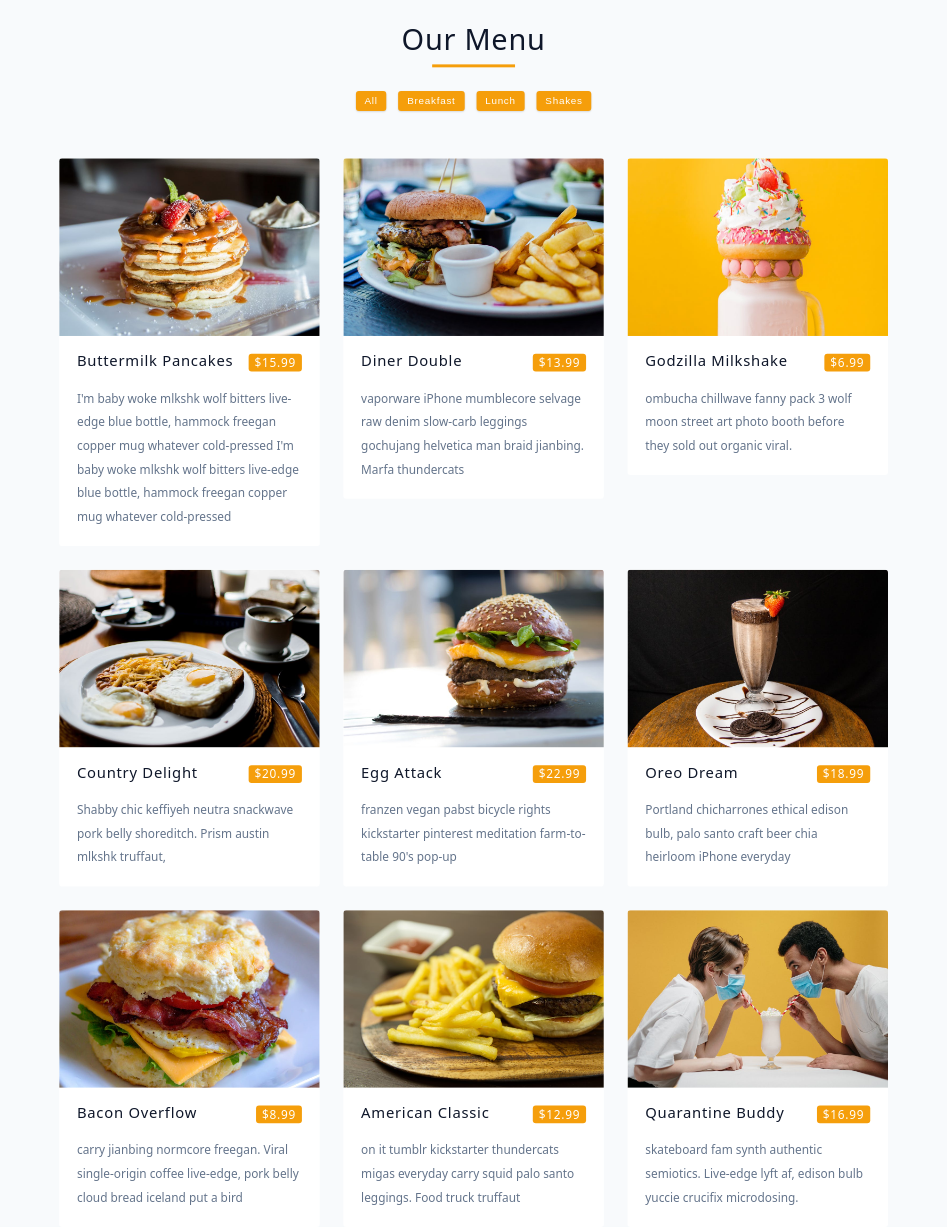
Repository: Maryie-B/React-Practice-Projects
Page: / (app in Restaurant Menu/)
These files come from the project's save history. The page is drawn as it stood at one moment and after the next save; the edit follows.
The browser window is 1280 px wide. The pictures show the whole page, at 74% of full size.
The project was rebuilt for these pictures with package versions that can differ from the ones it lists, and the page was loaded fresh each time. Also part of the build but not shown: Restaurant Menu/vite.config.js.

Above is the page before, as saved 2023-06-08 11:02:23.

### Restaurant Menu/src/App.jsx
import { useState } from "react";
import Title from "./Title";
import menu from './data';
import Menu from "./Menu";
import Categories from "./Categories";

const allCategories = ['all', ... new Set(menu.map((item) => item.category))];

const App = () => {
  const [menuItems, setMenuItems] = useState(menu);
  const [categories, setCategories] = useState(allCategories);
  const filerItems = (category) => {
    console.log(category);
  };

  return <main>
    <section>
      <Title text='our menu'/>
      <Categories categories={categories} />
      <Menu items={menuItems} />
    </section>
  </main>;
};
export default App;

### Restaurant Menu/src/index.css
/* ============= GLOBAL CSS =============== */

*,
::after,
::before {
  margin: 0;
  padding: 0;
  box-sizing: border-box;
}

html {
  font-size: 100%;
} /*16px*/

:root {
  /* colors */
  --primary-100: #fef3c7;
  --primary-200: #fde68a;
  --primary-300: #fcd34d;
  --primary-400: #fbbf24;
  --primary-500: #f59e0b;
  --primary-600: #d97706;
  --primary-700: #b45309;
  --primary-800: #92400e;
  --primary-900: #78350f;

  /* grey */
  --grey-50: #f8fafc;
  --grey-100: #f1f5f9;
  --grey-200: #e2e8f0;
  --grey-300: #cbd5e1;
  --grey-400: #94a3b8;
  --grey-500: #64748b;
  --grey-600: #475569;
  --grey-700: #334155;
  --grey-800: #1e293b;
  --grey-900: #0f172a;
  /* rest of the colors */
  --black: #222;
  --white: #fff;
  --red-light: #f8d7da;
  --red-dark: #842029;
  --green-light: #d1e7dd;
  --green-dark: #0f5132;

  --small-text: 0.875rem;
  --extra-small-text: 0.7em;
  /* rest of the vars */
  --backgroundColor: var(--grey-50);
  --textColor: var(--grey-900);
  --borderRadius: 0.25rem;
  --letterSpacing: 1px;
  --transition: 0.3s ease-in-out all;
  --max-width: 1120px;
  --fixed-width: 600px;

  /* box shadow*/
  --shadow-1: 0 1px 3px 0 rgba(0, 0, 0, 0.1), 0 1px 2px 0 rgba(0, 0, 0, 0.06);
  --shadow-2: 0 4px 6px -1px rgba(0, 0, 0, 0.1),
    0 2px 4px -1px rgba(0, 0, 0, 0.06);
  --shadow-3: 0 10px 15px -3px rgba(0, 0, 0, 0.1),
    0 4px 6px -2px rgba(0, 0, 0, 0.05);
  --shadow-4: 0 20px 25px -5px rgba(0, 0, 0, 0.1),
    0 10px 10px -5px rgba(0, 0, 0, 0.04);
}

body {
  background: var(--backgroundColor);
  font-family: system-ui, -apple-system, BlinkMacSystemFont, 'Segoe UI', Roboto,
    Oxygen, Ubuntu, Cantarell, 'Open Sans', 'Helvetica Neue', sans-serif;
  font-weight: 400;
  line-height: 1;
  color: var(--textColor);
}
p {
  margin: 0;
}
h1,
h2,
h3,
h4,
h5 {
  margin: 0;
  font-family: var(--headingFont);
  font-weight: 400;
  line-height: 1;
  text-transform: capitalize;
  letter-spacing: var(--letterSpacing);
}

h1 {
  font-size: 3.052rem;
}

h2 {
  font-size: 2.441rem;
}

h3 {
  font-size: 1.953rem;
}

h4 {
  font-size: 1.563rem;
}

h5 {
  font-size: 1.25rem;
}

.text {
  margin-bottom: 1.5rem;
  max-width: 40em;
}

small,
.text-small {
  font-size: var(--small-text);
}

a {
  text-decoration: none;
}
ul {
  list-style-type: none;
  padding: 0;
}

.img {
  width: 100%;
  display: block;
  object-fit: cover;
}
/* buttons */

.btn {
  cursor: pointer;
  color: var(--white);
  background: var(--primary-500);
  border: transparent;
  border-radius: var(--borderRadius);
  letter-spacing: var(--letterSpacing);
  padding: 0.375rem 0.75rem;
  box-shadow: var(--shadow-1);
  transition: var(--transition);
  text-transform: capitalize;
  display: inline-block;
}
.btn:hover {
  background: var(--primary-700);
  box-shadow: var(--shadow-3);
}
.btn-hipster {
  color: var(--primary-500);
  background: var(--primary-200);
}
.btn-hipster:hover {
  color: var(--primary-200);
  background: var(--primary-700);
}
.btn-block {
  width: 100%;
}

/* alerts */
.alert {
  padding: 0.375rem 0.75rem;
  margin-bottom: 1rem;
  border-color: transparent;
  border-radius: var(--borderRadius);
}

.alert-danger {
  color: var(--red-dark);
  background: var(--red-light);
}
.alert-success {
  color: var(--green-dark);
  background: var(--green-light);
}
/* form */

.form {
  width: 90vw;
  max-width: var(--fixed-width);
  background: var(--white);
  border-radius: var(--borderRadius);
  box-shadow: var(--shadow-2);
  padding: 2rem 2.5rem;
  margin: 3rem auto;
}
.form-label {
  display: block;
  font-size: var(--small-text);
  margin-bottom: 0.5rem;
  text-transform: capitalize;
  letter-spacing: var(--letterSpacing);
}
.form-input,
.form-textarea {
  width: 100%;
  padding: 0.375rem 0.75rem;
  border-radius: var(--borderRadius);
  background: var(--backgroundColor);
  border: 1px solid var(--grey-200);
}

.form-row {
  margin-bottom: 1rem;
}

.form-textarea {
  height: 7rem;
}
::placeholder {
  font-family: inherit;
  color: var(--grey-400);
}
.form-alert {
  color: var(--red-dark);
  letter-spacing: var(--letterSpacing);
  text-transform: capitalize;
}
/* alert */

@keyframes spinner {
  to {
    transform: rotate(360deg);
  }
}

.loading {
  width: 6rem;
  height: 6rem;
  border: 5px solid var(--grey-400);
  border-radius: 50%;
  border-top-color: var(--primary-500);
  animation: spinner 0.6s linear infinite;
  margin: 0 auto;
}

/* title */

.title {
  margin-top: 2rem;
  text-align: center;
}

.title-underline {
  background: var(--primary-500);
  width: 7rem;
  height: 0.25rem;
  margin: 0 auto;
  margin-top: 1rem;
}
/* ============= PROJECT CSS =============== */

.menu {
  padding: 5rem 0;
}

.btn-container {
  margin: 2rem 0 4rem 0;
  display: flex;
  justify-content: center;
  flex-wrap: wrap;
  gap: 1rem;
}
.section-center {
  width: 90vw;
  margin: 0 auto;
  max-width: var(--max-width);
  display: grid;
  gap: 2rem;
}

.menu-item {
  background: var(--white);
  border-radius: var(--borderRadius);
}
.menu-item .img {
  height: 15rem;
  border-top-right-radius: var(--borderRadius);
  border-top-left-radius: var(--borderRadius);
}
.item-info {
  padding: 1.5rem;
}
.item-info header {
  display: flex;
  justify-content: space-between;
  flex-wrap: wrap;
  gap: 1rem;
  margin-bottom: 1.25rem;
}

.item-info h5 {
  font-weight: 500;
}
.item-price {
  background: var(--primary-500);
  color: var(--white);
  padding: 0.25rem 0.5rem;
  letter-spacing: var(--letterSpacing);
  border-radius: var(--borderRadius);
}

.item-text {
  line-height: 2;
  color: var(--grey-500);
}

.section-center {
  justify-items: center;
}
.menu-item {
  max-width: 25rem;
}

@media screen and (min-width: 992px) {
  .section-center {
    grid-template-columns: 1fr 1fr;
    align-items: start;
  }
}
@media screen and (min-width: 1170px) {
  .section-center {
    width: 95vw;
    grid-template-columns: repeat(3, 1fr);
  }
}

### Restaurant Menu/src/Title.jsx
import React from 'react'

const Title = ({text}) => {
  return (
    <div>
      <h2 className='title'>{text || 'Default Title'}</h2>
      <div className="title-underline"></div>
    </div>
  )
}

export default Title

### Restaurant Menu/src/data.js
const menu = [
  {
    id: 1,
    title: 'buttermilk pancakes',
    category: 'breakfast',
    price: 15.99,
    img: '/images/item-1.jpeg',
    desc: `I'm baby woke mlkshk wolf bitters live-edge blue bottle, hammock freegan copper mug whatever cold-pressed I'm baby woke mlkshk wolf bitters live-edge blue bottle, hammock freegan copper mug whatever cold-pressed `,
  },
  {
    id: 2,
    title: 'diner double',
    category: 'lunch',
    price: 13.99,
    img: '/images/item-2.jpeg',
    desc: `vaporware iPhone mumblecore selvage raw denim slow-carb leggings gochujang helvetica man braid jianbing. Marfa thundercats `,
  },
  {
    id: 3,
    title: 'godzilla milkshake',
    category: 'shakes',
    price: 6.99,
    img: '/images/item-3.jpeg',
    desc: `ombucha chillwave fanny pack 3 wolf moon street art photo booth before they sold out organic viral.`,
  },
  {
    id: 4,
    title: 'country delight',
    category: 'breakfast',
    price: 20.99,
    img: '/images/item-4.jpeg',
    desc: `Shabby chic keffiyeh neutra snackwave pork belly shoreditch. Prism austin mlkshk truffaut, `,
  },
  {
    id: 5,
    title: 'egg attack',
    category: 'lunch',
    price: 22.99,
    img: '/images/item-5.jpeg',
    desc: `franzen vegan pabst bicycle rights kickstarter pinterest meditation farm-to-table 90's pop-up `,
  },
  {
    id: 6,
    title: 'oreo dream',
    category: 'shakes',
    price: 18.99,
    img: '/images/item-6.jpeg',
    desc: `Portland chicharrones ethical edison bulb, palo santo craft beer chia heirloom iPhone everyday`,
  },
  {
    id: 7,
    title: 'bacon overflow',
    category: 'breakfast',
    price: 8.99,
    img: '/images/item-7.jpeg',
    desc: `carry jianbing normcore freegan. Viral single-origin coffee live-edge, pork belly cloud bread iceland put a bird `,
  },
  {
    id: 8,
    title: 'american classic',
    category: 'lunch',
    price: 12.99,
    img: '/images/item-8.jpeg',
    desc: `on it tumblr kickstarter thundercats migas everyday carry squid palo santo leggings. Food truck truffaut  `,
  },
  {
    id: 9,
    title: 'quarantine buddy',
    category: 'shakes',
    price: 16.99,
    img: '/images/item-9.jpeg',
    desc: `skateboard fam synth authentic semiotics. Live-edge lyft af, edison bulb yuccie crucifix microdosing.`,
  },
];
export default menu;

### Restaurant Menu/src/Menu.jsx
import React from 'react'
import MenuItem from './MenuItem'

const Menu = ({items}) => {
  return (
    <div className='section-center'>
        {items.map((menuItem) => {
            return <MenuItem key={menuItem.id} {...menuItem}/>
        })}
    </div>
  )
}

export default Menu

### Restaurant Menu/src/Categories.jsx
import React from 'react'

const Categories = ({categories}) => {
  return (
    <div className='btn-container' >
      {categories.map((category) => {
        return <button type='button' className='btn' key={category}>
            {category}
        </button>
      })}
    </div>
  )
}

export default Categories

### Restaurant Menu/src/MenuItem.jsx
import React from 'react'

const MenuItem = ({img, title, price, desc}) => {
  return (
    <article className='menu-item' >
      <img src={img} alt={title} className="img" />
      <div className="item-info">
        <header>
            <h5>{title}</h5>
            <span className="item-price">${price}</span>
        </header>
        <p className="item-text">{desc}</p>

      </div>

    </article>
  )
}

export default MenuItem

Loaded but not shown: Restaurant Menu/index.html (common file); Restaurant Menu/src/main.jsx (common file)

After the next save:
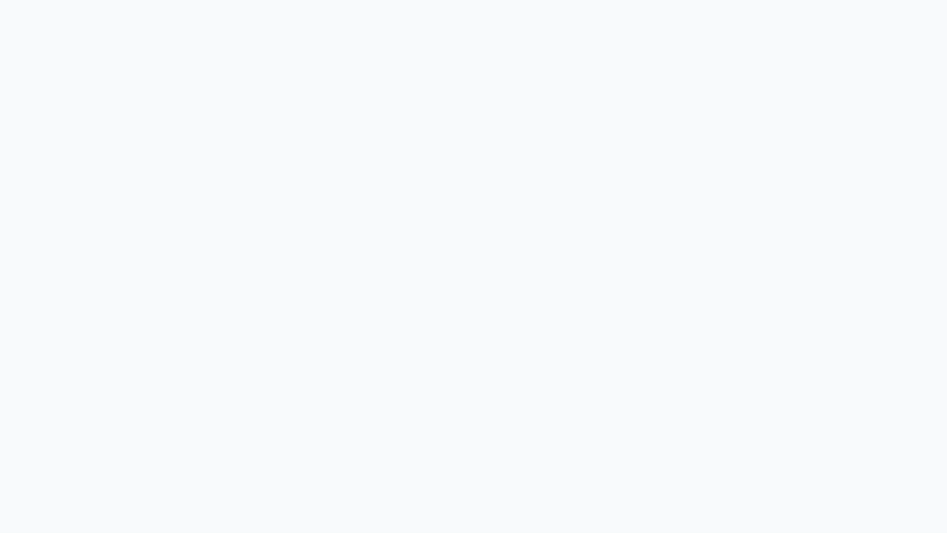
Console error: ReferenceError: filterItems is not defined
Saved 16 s later.
--- a/Restaurant Menu/src/App.jsx
+++ b/Restaurant Menu/src/App.jsx
@@ -16,7 +16,7 @@ const App = () => {
   return <main>
     <section>
       <Title text='our menu'/>
-      <Categories categories={categories} />
+      <Categories categories={categories} filterItems={filterItems} />
       <Menu items={menuItems} />
     </section>
   </main>;

After the 2 saves that followed:
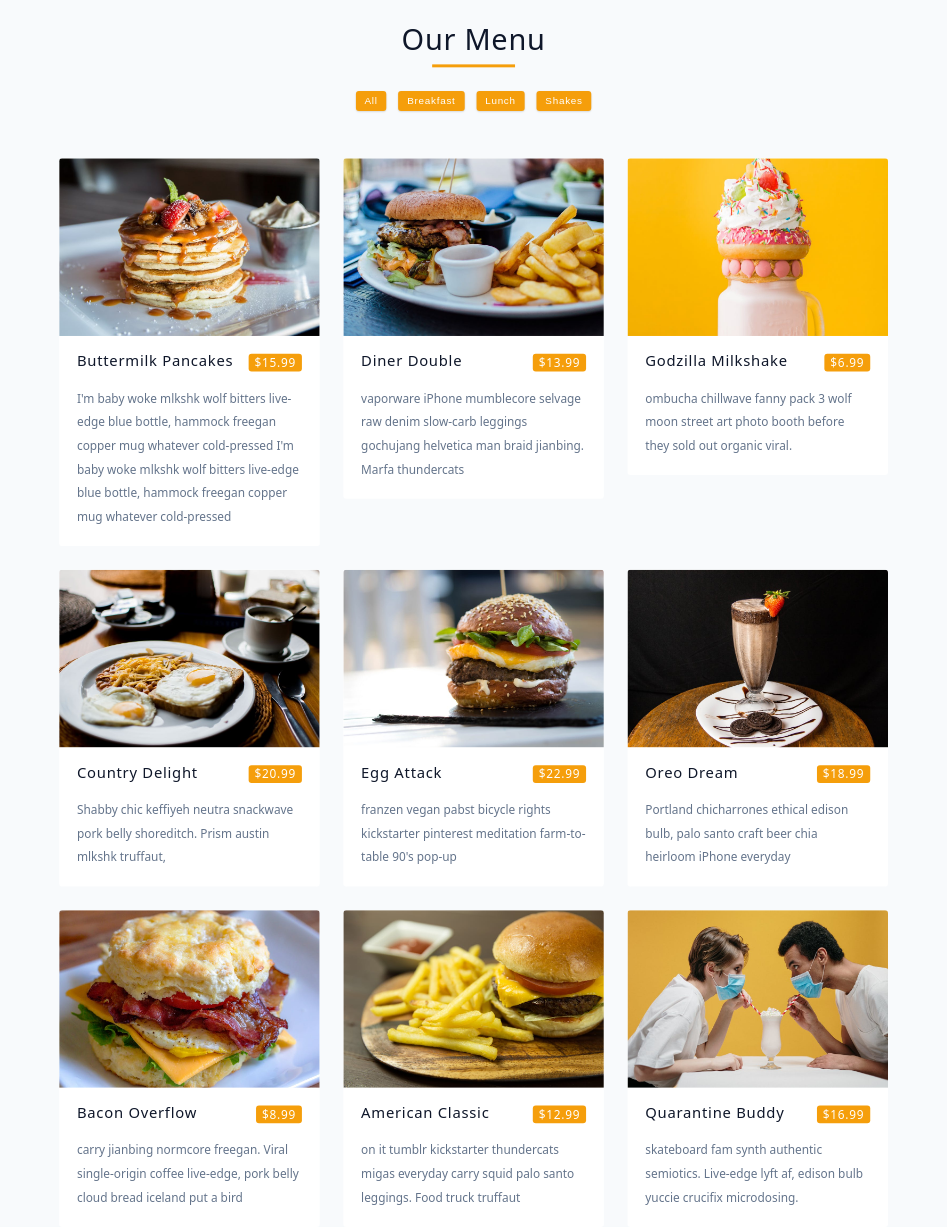
The error is gone.
The 2 saves are shown as one change because 1 left the picture as it was.
The last was saved 78 s later.
--- a/Restaurant Menu/src/App.jsx
+++ b/Restaurant Menu/src/App.jsx
@@ -9,7 +9,7 @@ const allCategories = ['all', ... new Set(menu.map((item) => item.category))];
 const App = () => {
   const [menuItems, setMenuItems] = useState(menu);
   const [categories, setCategories] = useState(allCategories);
-  const filerItems = (category) => {
+  const filterItems = (category) => {
     console.log(category);
   };
 
--- a/Restaurant Menu/src/Categories.jsx
+++ b/Restaurant Menu/src/Categories.jsx
@@ -1,10 +1,10 @@
 import React from 'react'
 
-const Categories = ({categories}) => {
+const Categories = ({categories, filterItems}) => {
   return (
     <div className='btn-container' >
       {categories.map((category) => {
-        return <button type='button' className='btn' key={category}>
+        return <button type='button' className='btn' key={category} onClick={() => filterItems(category)} >
             {category}
         </button>
       })}
